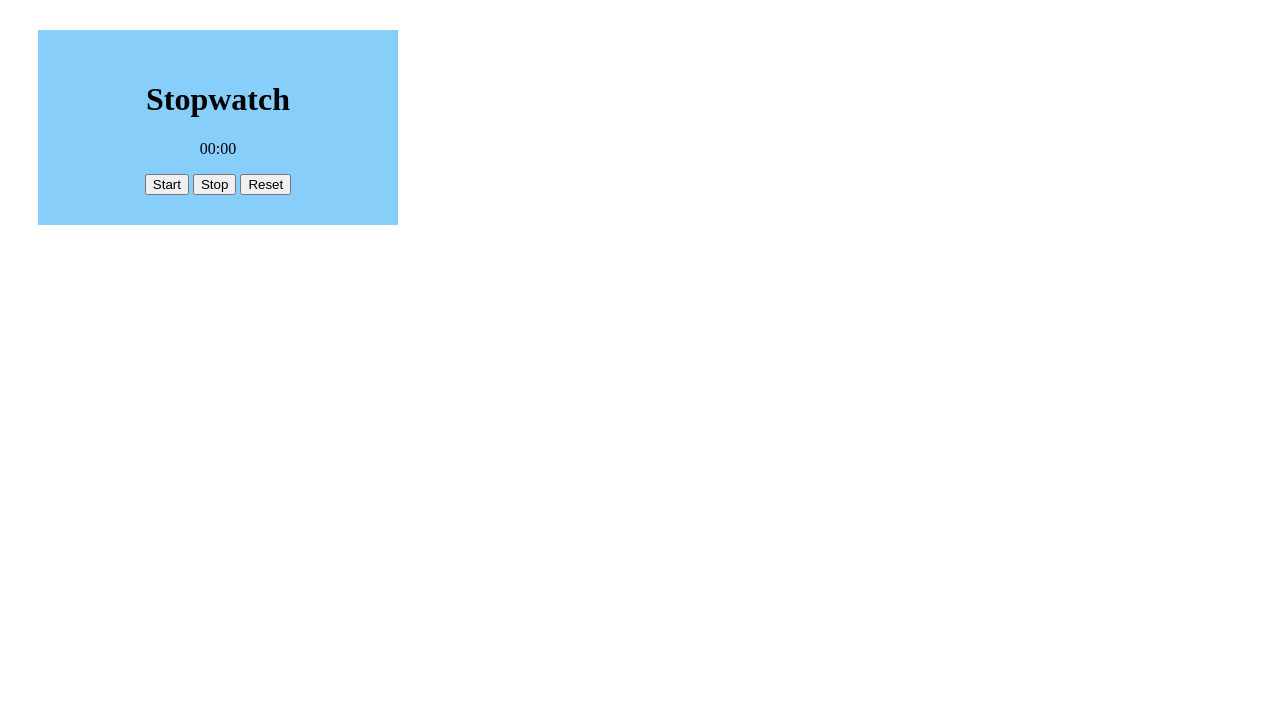
Repository: LeyaAbraham/web-dev
Page: clock.html
An editor plug-in stored every save of this project. The page is shown before and after the next save, followed by the edit.
The browser window is 1280 px wide. The pictures show the whole page.

Above is the page before, as saved 2021-01-05 23:07:25.

### clock.html
<!DOCTYPE html>
<html>

<head>
    <title>Page Title</title>
    <link rel="stylesheet" href="style.css" type="text/css">

</head>

<body>
    <div id="wrap">
        <h1>Stopwatch</h1>
        <p><span id="seconds">00</span>:<span id="nano">00</span></p>
        <button id="start">Start</button>
        <button id="stop">Stop</button>
        <button id="reset">Reset</button>
    </div>
    <script src="clock.js"></script>
</body>

</html>

### style.css
#wrap {
    background-color: lightskyblue;
    border-color: lightyellow;
    text-align: center;
    padding: 30px;
    margin: 30px;
    width: 300px;

}

### clock.js
window.onload = function () {

    var seconds = 00;
    var nano = 00;

    var interval;
    document.getElementById("start").onclick = start;
    document.getElementById("stop").onclick = stop;
    document.getElementById("reset").onclick = reset;

    function start() {

        interval = setInterval(runTimer, 10);

    }

    function stop() {
        clearInterval(interval);
    }

    function reset() {
        clearInterval(interval);
        nano = 00;
        seconds = 00;
        document.getElementById("nano").innerHTML = "00";
        document.getElementById("seconds").innerHTML = "00";
    }

    function runTimer() {
        var num = nano++;
        console.log(num);

        if (nano > 9) {
            console.log("in if");
            document.getElementById("nano").innerHTML = nano;
        }
        if (nano < 9) {
            document.getElementById("nano").innerHTML = "0" + nano;
        }
        if (nano > 99) {
            seconds++;
            nano = 0;
            document.getElementById("seconds").innerHTML = "0" + seconds;

        }

        if (seconds > 9) {
            document.getElementById("seconds") = seconds;
        }
    }
}

After the next save:
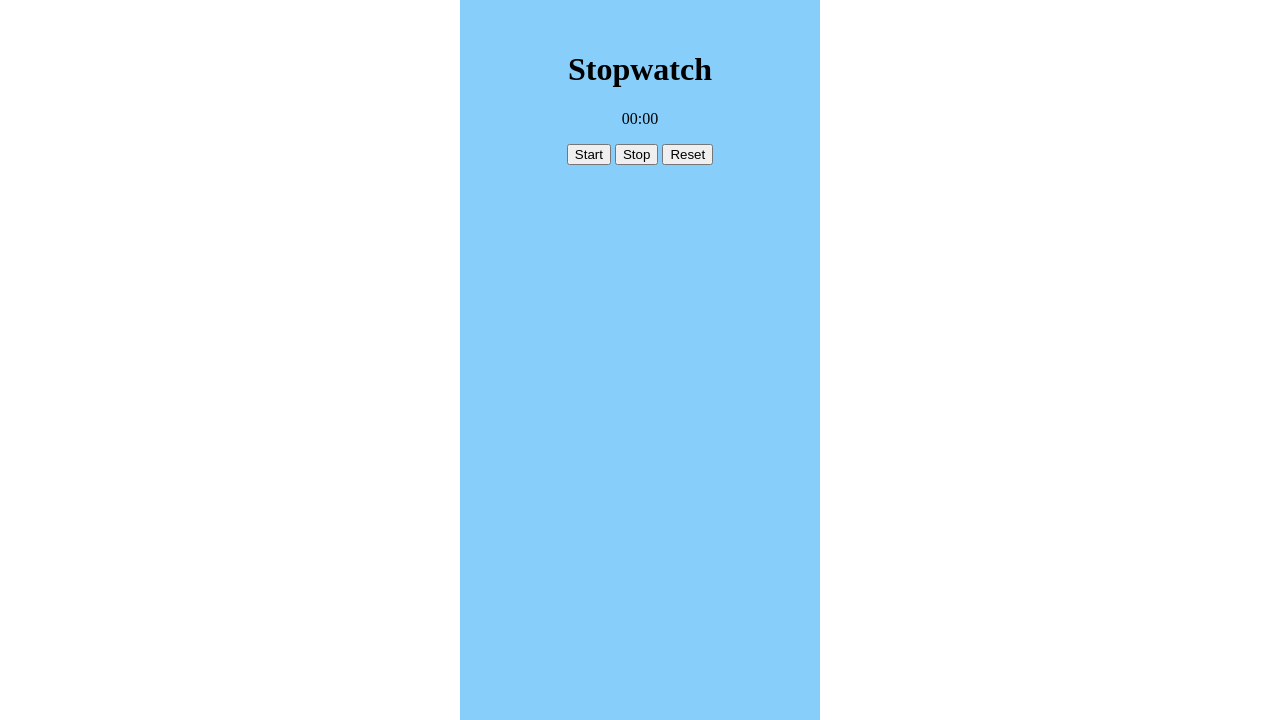
Saved 58 s later.
--- a/style.css
+++ b/style.css
@@ -5,5 +5,12 @@
     padding: 30px;
     margin: 30px;
     width: 300px;
+    position: absolute;
+	top:0;
+	bottom: 0;
+	left: 0;
+	right: 0;
+
+	margin: auto;
 
 }
